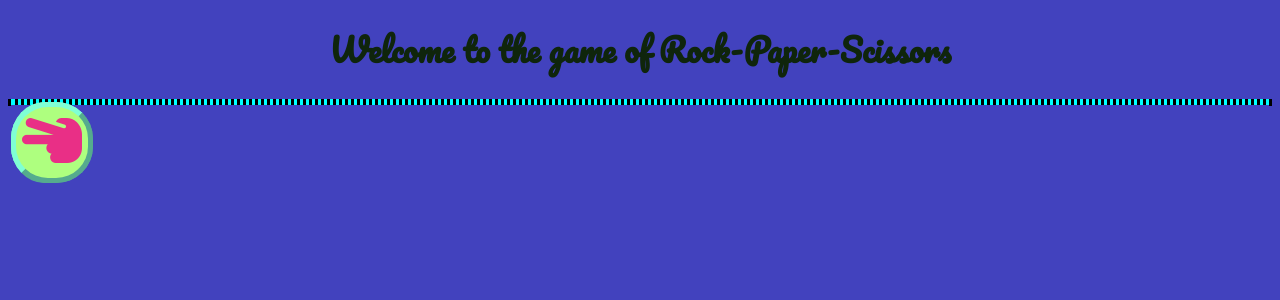
Repository: 0101chaitanya/Rock-Paper-Scissors
Page: index.html
These files come from the project's save history. The page is drawn as it stood at one moment and after the next save; the edit follows.
The browser window is 1280 px wide. The pictures show the whole page.
Some web libraries are served in a nearby version.

Above is the page before, as saved 2021-05-14 18:35:21.
Not found: linkk.js

After the next save:
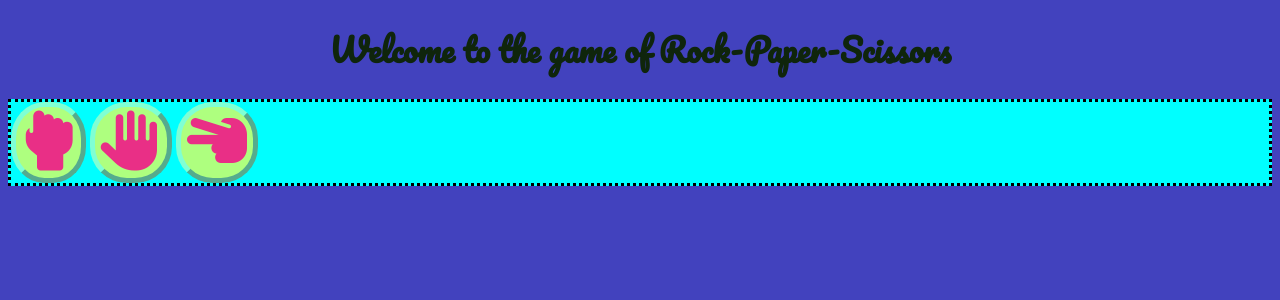
Saved 25 s later.
--- a/style.css
+++ b/style.css
@@ -21,11 +21,8 @@ border-width: 5px;
 border-color:aquamarine
 }
 #holder1 {
-position: fixed;
 }
 #holder2 {
-position: fixed;
 }
 #holder3 {
-position: fixed;
 }
